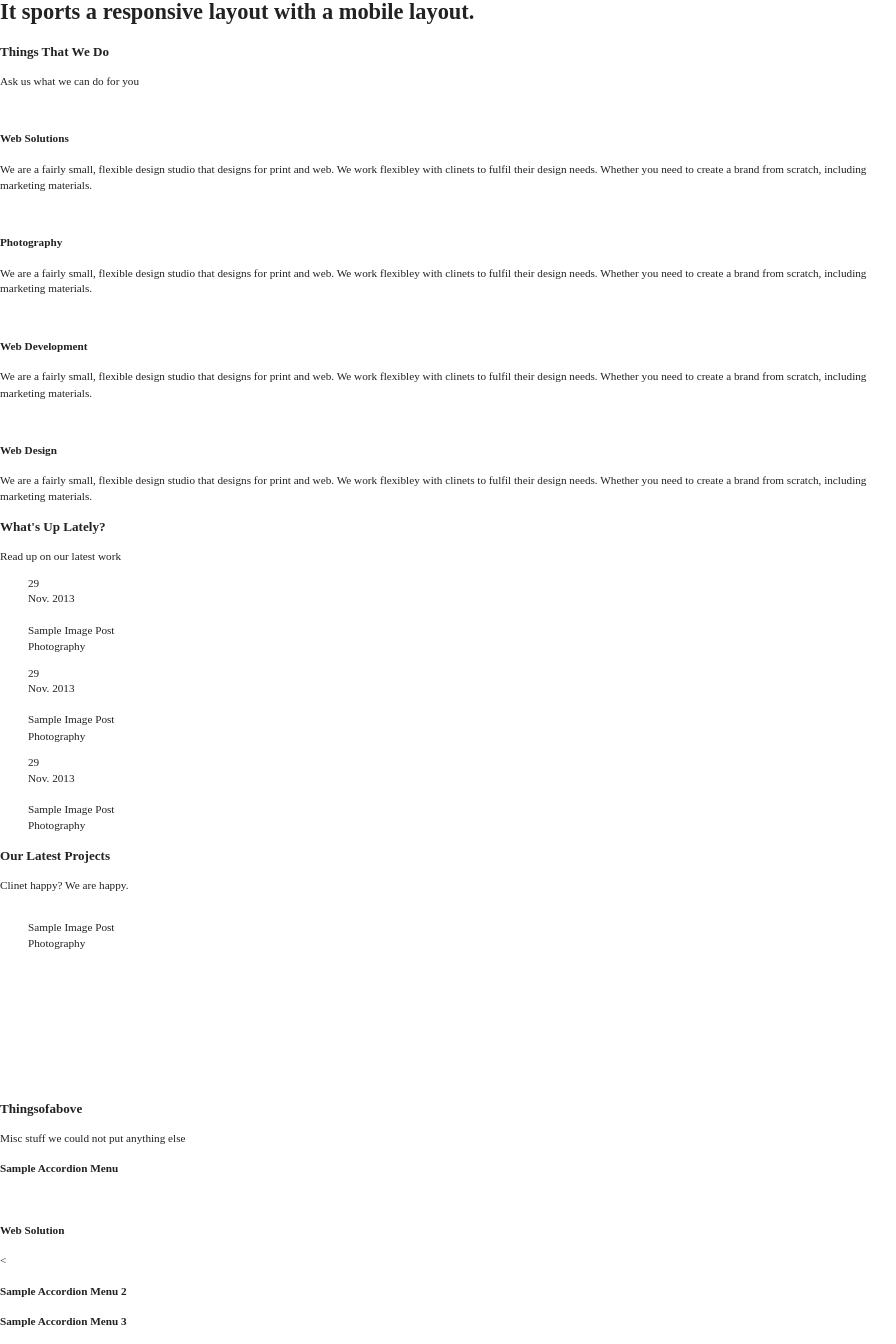
Repository: claudiashin/metrolics
Page: index.html
These files come from the project's save history. The page is drawn as it stood at one moment and after the next save; the edit follows.
The browser window is 1280 px wide. The pictures show the part of the page from y = 749 to 2669 px (the page is 2669 px tall before and 2626 px after), at 70% of full size.

Above is the page before, as saved 2021-01-27 16:14:05.

### index.html
<!doctype html>
<html class="no-js" lang="EN">

<head>
  <meta charset="utf-8">
  <title>MDIA 2003 Lab 3</title>
  <meta name="description" content="">
  <meta name="viewport" content="width=device-width, initial-scale=1">

  <link rel="manifest" href="site.webmanifest">
  <link rel="apple-touch-icon" href="icon.png">
  <!-- Place favicon.ico in the root directory -->

  <link rel="stylesheet" href="css/normalize.css">
  <link rel="stylesheet" href="css/main.css">
</head>

<body>
  <header class="page_header">
    <div class="logo">
      <div><h1>Metrolics</h1></div>
      <div class="logoimg"><img src=""></div>
    </div>
  </header>

  <nav class="page_nav">
    <div class="nav_container">
      <div class="nav_icon">
        <div><img src=""></div>
        <p>Home</p>
      </div>
      <div class="nav_icon">
        <div><img src=""></div>
        <p>Pages</p>
      </div><div class="nav_icon">
        <div><img src=""></div>
        <p>Blog</p>
      </div><div class="nav_icon">
        <div><img src=""></div>
        <p>Portfolio</p>
      </div><div class="nav_icon">
        <div><img src=""></div>
        <p>Home</p>
      </div>
    </div>
  </nav>

  <section class="main_container">
    <div class="hero_img">
      <img src="">
    </div>
    <div class="">
      <h2>Metro Style</h2>
      <h2>Retina Ready</h2>
      <h2>Responsive Design</h2>
    </div>
  </section>

  <section class="main_container">
    <div>
      <h1>Hey Guys! This is the <span class="textcol">Metrolics</span> theme.<br>It sports a responsive layout with a mobile layout.</h1>
    </div>
  </section>

  <section class="main_container">
    <div class="container">
      <h3>Things That We Do</h3>
      <p>Ask us what we can do for you</p>
    </div>
    <div class="container">
      <div class="container_feature">
        <div class="feature_img">
          <img src="">
        </div>
        <div><h4>Web Solutions</h4></div>
        <div><p>We are a fairly small, flexible design studio that designs for print
          and web. We work flexibley with clinets to fulfil their design needs. Whether
          you need to create a brand from scratch, including marketing materials.
        </p></div>
      </div>
    </div>
    <div class="container">
      <div class="container_feature">
        <div class="feature_img">
          <img src="">
        </div>
        <div><h4>Photography</h4></div>
        <div><p>We are a fairly small, flexible design studio that designs for print
          and web. We work flexibley with clinets to fulfil their design needs. Whether
          you need to create a brand from scratch, including marketing materials.
        </p></div>
      </div>
    </div><div class="container">
      <div class="container_feature">
        <div class="feature_img">
          <img src="">
        </div>
        <div><h4>Web Development</h4></div>
        <div><p>We are a fairly small, flexible design studio that designs for print
          and web. We work flexibley with clinets to fulfil their design needs. Whether
          you need to create a brand from scratch, including marketing materials.
        </p></div>
      </div>
    </div><div class="container">
      <div class="container_feature">
        <div class="feature_img">
          <img src="">
        </div>
        <div><h4>Web Design</h4></div>
        <div><p>We are a fairly small, flexible design studio that designs for print
          and web. We work flexibley with clinets to fulfil their design needs. Whether
          you need to create a brand from scratch, including marketing materials.
        </p></div>
      </div>
    </div>
  </section>

  <section class="main_container">
    <div class="container">
      <h3>What's Up Lately?</h3>
      <p>Read up on our latest work</p>
    </div>
    <div class="container">
      <figure>
        <figcaption>29 <br> Nov. 2013</figcaption>
        <img src="" value="">
        <figcaption>Sample Image Post <br> Photography</figcaption>
      </figure>
    </div>
    <div class="container">
      <figure>
        <figcaption>29 <br> Nov. 2013</figcaption>
        <img src="" value="">
        <figcaption>Sample Image Post <br> Photography</figcaption>
      </figure>
    </div>
    <div class="container">
      <figure>
        <figcaption>29 <br> Nov. 2013</figcaption>
        <img src="" value="">
        <figcaption>Sample Image Post <br> Photography</figcaption>
      </figure>
    </div>
  </section>

  <section class="main_container">
    <div class="container">
      <h3>Our Latest Projects </h3>
      <p>Clinet happy? We are happy.</p>
    </div>
    <div class="container">
      <figure>
        <img src="" value="">
        <figcaption>Sample Image Post <br> Photography</figcaption>
      </figure>
    </div>
    <div class="container">
      <figure>
        <img src="" value="">
      </figure>
    </div>
    <div class="container">
      <figure>
        <img src="" value="">
      </figure>
    </div>
    <div class="container">
      <figure>
        <img src="" value="">
      </figure>
    </div>
    <div class="container">
      <figure>
        <img src="" value="">
      </figure>
    </div>
    <div class="container">
      <figure>
        <img src="" value="">
      </figure>
    </div>
  </section>

  <section class="main_container">
    <div class="container">
      <h3>Thingsofabove </h3>
      <p>Misc stuff we could not put anything else</p>
    </div>
    <div class="container">
      <div class="items">
        <h4>Sample Accordion Menu</h4>
      </div>
      <div class="items">
        <div class="items_contents">
          <img src="">
        </div>
        <div class="itmes_contents">
          <h4>Web Solution</h4>
          <
        </div>
      </div>
      <div class="items">
        <h4>Sample Accordion Menu 2</h4>
      </div>
      <div class="items">
        <h4>Sample Accordion Menu 3</h4>
      </div>
    </div>

    <div class="container">

    </div>



  </section>

  <footer>

  </footer>
</body>

</html>

### css/main.css
/*! HTML5 Boilerplate v8.0.0 | MIT License | https://html5boilerplate.com/ */

/* main.css 2.1.0 | MIT License | https://github.com/h5bp/main.css#readme */
/*
 * What follows is the result of much research on cross-browser styling.
 * Credit left inline and big thanks to Nicolas Gallagher, Jonathan Neal,
 * Kroc Camen, and the H5BP dev community and team.
 */

/* ==========================================================================
   Base styles: opinionated defaults
   ========================================================================== */

html {
  color: #222;
  font-size: 1em;
  line-height: 1.4;
}

/*
 * Remove text-shadow in selection highlight:
 * https://twitter.com/miketaylr/status/12228805301
 *
 * Vendor-prefixed and regular ::selection selectors cannot be combined:
 * https://stackoverflow.com/a/16982510/7133471
 *
 * Customize the background color to match your design.
 */

::-moz-selection {
  background: #b3d4fc;
  text-shadow: none;
}

::selection {
  background: #b3d4fc;
  text-shadow: none;
}

/*
 * A better looking default horizontal rule
 */

hr {
  display: block;
  height: 1px;
  border: 0;
  border-top: 1px solid #ccc;
  margin: 1em 0;
  padding: 0;
}

/*
 * Remove the gap between audio, canvas, iframes,
 * images, videos and the bottom of their containers:
 * https://github.com/h5bp/html5-boilerplate/issues/440
 */

audio,
canvas,
iframe,
img,
svg,
video {
  vertical-align: middle;
}

/*
 * Remove default fieldset styles.
 */

fieldset {
  border: 0;
  margin: 0;
  padding: 0;
}

/*
 * Allow only vertical resizing of textareas.
 */

textarea {
  resize: vertical;
}

/* ==========================================================================
   Author's custom styles
   ========================================================================== */

/* ==========================================================================
   Helper classes
   ========================================================================== */

/*
 * Hide visually and from screen readers
 */

.hidden,
[hidden] {
  display: none !important;
}

/*
 * Hide only visually, but have it available for screen readers:
 * https://snook.ca/archives/html_and_css/hiding-content-for-accessibility
 *
 * 1. For long content, line feeds are not interpreted as spaces and small width
 *    causes content to wrap 1 word per line:
 *    https://medium.com/@jessebeach/beware-smushed-off-screen-accessible-text-5952a4c2cbfe
 */

.sr-only {
  border: 0;
  clip: rect(0, 0, 0, 0);
  height: 1px;
  margin: -1px;
  overflow: hidden;
  padding: 0;
  position: absolute;
  white-space: nowrap;
  width: 1px;
  /* 1 */
}

/*
 * Extends the .sr-only class to allow the element
 * to be focusable when navigated to via the keyboard:
 * https://www.drupal.org/node/897638
 */

.sr-only.focusable:active,
.sr-only.focusable:focus {
  clip: auto;
  height: auto;
  margin: 0;
  overflow: visible;
  position: static;
  white-space: inherit;
  width: auto;
}

/*
 * Hide visually and from screen readers, but maintain layout
 */

.invisible {
  visibility: hidden;
}

/*
 * Clearfix: contain floats
 *
 * For modern browsers
 * 1. The space content is one way to avoid an Opera bug when the
 *    `contenteditable` attribute is included anywhere else in the document.
 *    Otherwise it causes space to appear at the top and bottom of elements
 *    that receive the `clearfix` class.
 * 2. The use of `table` rather than `block` is only necessary if using
 *    `:before` to contain the top-margins of child elements.
 */

.clearfix::before,
.clearfix::after {
  content: " ";
  display: table;
}

.clearfix::after {
  clear: both;
}

/* ==========================================================================
   EXAMPLE Media Queries for Responsive Design.
   These examples override the primary ('mobile first') styles.
   Modify as content requires.
   ========================================================================== */

@media only screen and (min-width: 35em) {
  /* Style adjustments for viewports that meet the condition */
}

@media print,
  (-webkit-min-device-pixel-ratio: 1.25),
  (min-resolution: 1.25dppx),
  (min-resolution: 120dpi) {
  /* Style adjustments for high resolution devices */
}

/* ==========================================================================
   Print styles.
   Inlined to avoid the additional HTTP request:
   https://www.phpied.com/delay-loading-your-print-css/
   ========================================================================== */

@media print {
  *,
  *::before,
  *::after {
    background: #fff !important;
    color: #000 !important;
    /* Black prints faster */
    box-shadow: none !important;
    text-shadow: none !important;
  }

  a,
  a:visited {
    text-decoration: underline;
  }

  a[href]::after {
    content: " (" attr(href) ")";
  }

  abbr[title]::after {
    content: " (" attr(title) ")";
  }

  /*
   * Don't show links that are fragment identifiers,
   * or use the `javascript:` pseudo protocol
   */
  a[href^="#"]::after,
  a[href^="javascript:"]::after {
    content: "";
  }

  pre {
    white-space: pre-wrap !important;
  }

  pre,
  blockquote {
    border: 1px solid #999;
    page-break-inside: avoid;
  }

  /*
   * Printing Tables:
   * https://web.archive.org/web/20180815150934/http://css-discuss.incutio.com/wiki/Printing_Tables
   */
  thead {
    display: table-header-group;
  }

  tr,
  img {
    page-break-inside: avoid;
  }

  p,
  h2,
  h3 {
    orphans: 3;
    widows: 3;
  }

  h2,
  h3 {
    page-break-after: avoid;
  }
}

Loaded but not shown: css/normalize.css (library)

After the next save:
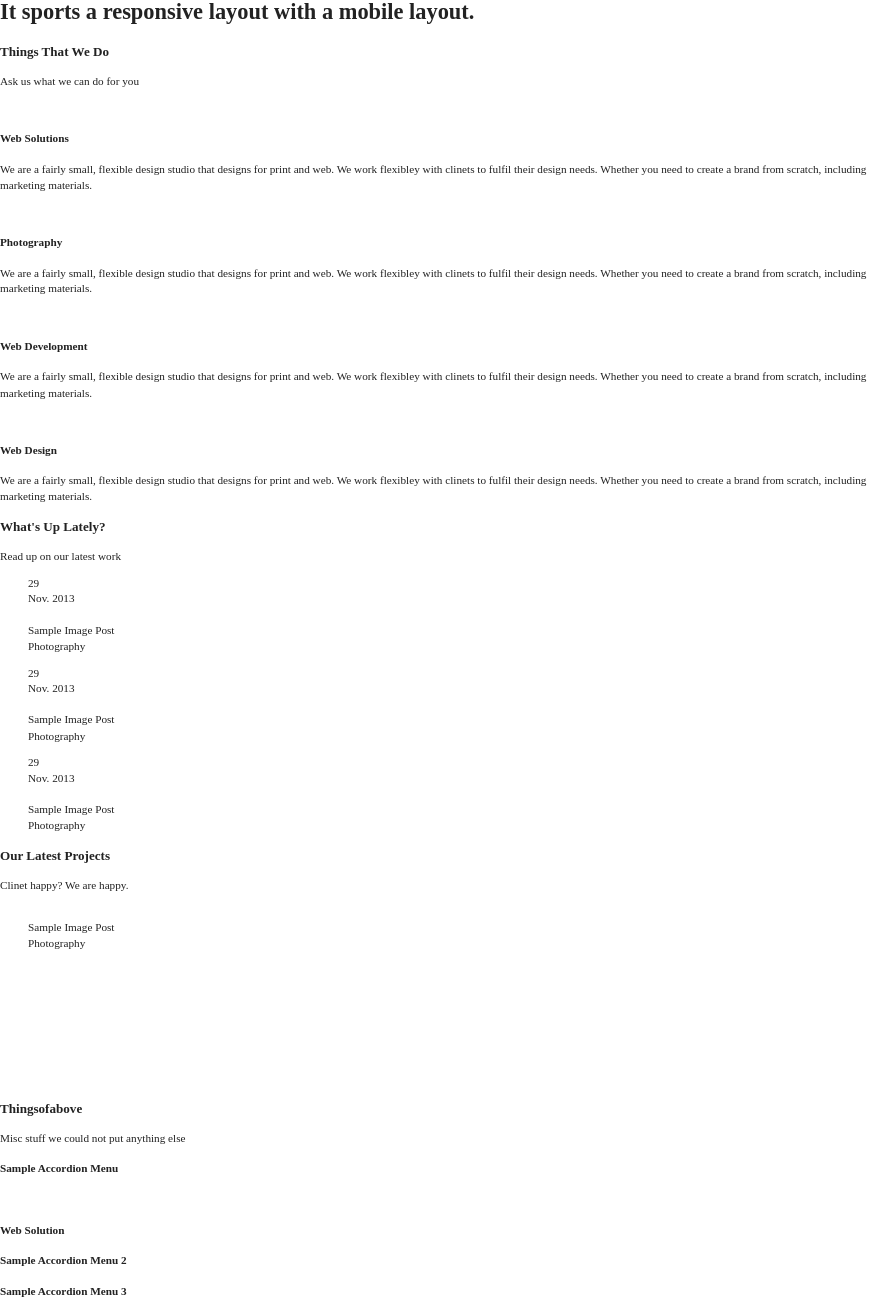
Saved 8 s later.
--- a/index.html
+++ b/index.html
@@ -196,7 +196,7 @@
         </div>
         <div class="itmes_contents">
           <h4>Web Solution</h4>
-          <
+          <p></p>
         </div>
       </div>
       <div class="items">
